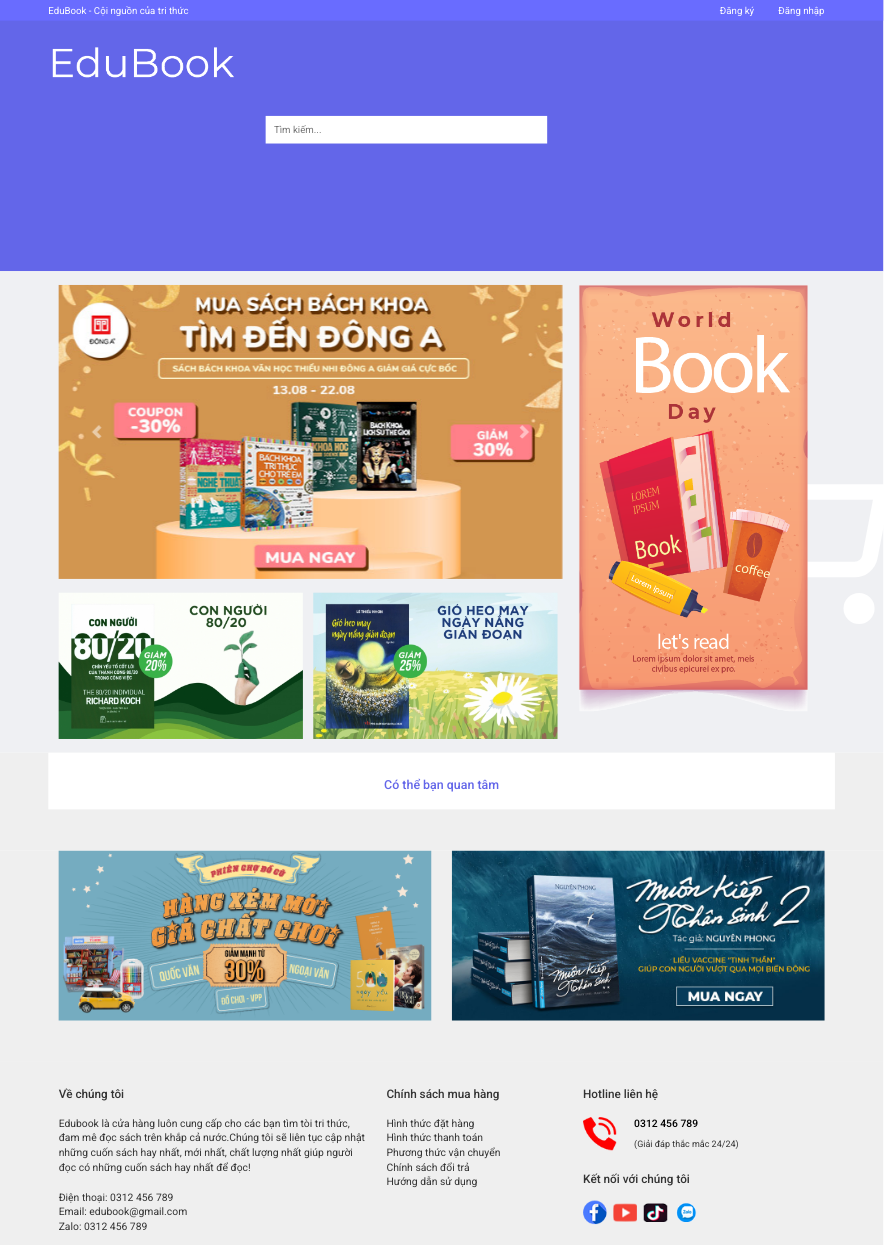
Repository: ThieuDV091002/BookShop
Page: http://localhost/index
The author's editor kept a copy of each file at every save. The page is drawn from the files as they stood at one save, then again after the next save.
The browser window is 1280 px wide. The page is 1290 px wide, then 1280 px, so the pictures cover 1290 px, including what lies to the right of the window. The pictures show the whole page, at 69% of full size.
Some web fonts or font styles are not loaded; a fallback is used. The page is this project's Thymeleaf template; nobody is signed in. The template is opened directly, without the code that normally fills it, so the values that code supplies are empty.

Above is the page before, as saved 2023-07-19 07:00:49.
Console error: TypeError: Cannot read properties of null (reading 'style')

### EduBookProject/EduBookWebparent/EduBookFrontEnd/src/main/resources/templates/index.html
<!DOCTYPE html>
<html xmlns:th="www.thymeleaf.org"
	xmlns:sec="https://www.thymeleaf.org/thymeleaf-extras-springsecurity5">
<head>
<meta charset="UTF-8">
<meta name="viewport" content="width=device-width, initial-scale=1.0">
<title>Trang chủ - EduBook</title>
<script th:src="@{js/jquery-3.3.1.js}"></script>
<script th:src="@{js/bootstrap.min.js}"></script>
<script
	th:src="@{https://ajax.googleapis.com/ajax/libs/jquery/3.5.1/jquery.min.js}"></script>
<link th:href="@{/rating-star/css/star-rating.css}" media="all"
	rel="stylesheet" type="text/css" />
<script th:src="@{/rating-star/js/star-rating.js}"
	type="text/javascript"></script>
<link th:href="@{/rating-star/themes/krajee-svg/theme.css}" media="all"
	rel="stylesheet" type="text/css" />
<script th:src="@{/rating-star/themes/krajee-svg/theme.js}"></script>
<link rel="stylesheet" th:href="@{css/bootstrap.min.css}">
<link rel="stylesheet"
	th:href="@{https://maxcdn.bootstrapcdn.com/bootstrap/3.4.1/css/bootstrap.min.css}">

<link
	th:href="@{https://fonts.googleapis.com/css2?family=Roboto:ital,wght@0,300;0,400;0,500;0,700;1,300;1,400;1,500&display=swap}"
	rel="stylesheet">
<link rel="stylesheet" th:href="@{css/all.min.css}">
<link rel="stylesheet" th:href="@{/fontawesome/all.min.css}">
<link
	th:href="@{https://fonts.googleapis.com/css2?family=Paytone+One&display=swap}"
	rel="stylesheet">
<link rel="stylesheet" th:href="@{css/style.css}">
<link rel="stylesheet" th:href="@{css/home.css}">
</head>
<body>
	<div class="app">
		<header id="header">
			<div class="header__top">
				<div class="container">
					<section class="row flex">
						<div class="col-lg-5 col-md-0 col-sm-0 heade__top-left">
							<span>EduBook - Cội nguồn của tri thức</span>
						</div>

						<nav class="col-lg-7 col-md-0 col-sm-0 header__top-right">
							<ul class="header__top-list" sec:authorize="!isAuthenticated()">
								<li class="header__top-item"><a th:href="@{/register}"
									class="header__top-link">Đăng ký</a></li>
								<li class="header__top-item"><a th:href="@{/login}"
									class="header__top-link">Đăng nhập</a></li>
							</ul>
							<ul class="header__top-list" sec:authorize="isAuthenticated()">
								<li class="header__top-item"><a th:href="@{/customer-update}"
									class="header__top-link" sec:authentication="principal.hoten"></a></li>
							</ul>
						</nav>
					</section>
				</div>
			</div>


			<div class="header__bottom">
				<div class="container">
					<section class="row">
						<div class="col-lg-3 col-md-4 col-sm-12 header__logo">
							<h1 class="header__heading">
								<a href="#" class="header__logo-link"> <img
									th:src="@{image/logo1.png}" alt="Logo" class="header__logo-img">
								</a>
							</h1>
						</div>

						<div class="col-lg-6 col-md-7 col-sm-0 header__search text-center"
							style="display: flex; justify-content: center; align-items: center;">
							<form class="col-lg-12 col-md-7 col-sm-0 header__search"
								th:action="@{/search}" method="get" id="myForm">
								<input type="search" name="keyword" class="header__search-input"
									th:value="${keyword}" placeholder="Tìm kiếm...">
							</form>
						</div>

						<a href="cart.html"
							class="col-lg-1 col-md-1 col-sm-0 header__cart">
							<div class="header__cart-icon-wrap">
								<a th:href="@{/cart}"> <span class="header__notice">0</span>
									<svg xmlns="http://www.w3.org/2000/svg" width="24" height="24" viewBox="0 0 24 24" fill="none" style="color: white; padding-top: 20px; width: 500%; height: 500%"
									stroke="currentColor" stroke-width="2" stroke-linecap="round" stroke-linejoin="round"
									class="feather feather-shopping-cart"><circle cx="9" cy="21" r="1"></circle>
									<circle cx="20" cy="21" r="1"></circle><path d="M1 1h4l2.68 13.39a2 2 0 0 0 2 1.61h9.72a2 2 0 0 0 2-1.61L23 6H6"></path></svg>
								</a>
							</div>
						</a>
					</section>
				</div>
			</div>

			<div class="header__nav">
				<div class="container">
					<section class="row">
						<th:block sec:authorize="isAuthenticated()">
							<div class="header__nav col-lg-9 col-md-0 col-sm-0">
								<ul class="header__nav-list">
									<li class="header__nav-item"><a th:href="@{/customer-update}"
										class="header__nav-link">Thông tin tài khoản</a></li>
									<li class="header__nav-item"><a th:href="@{/order}"
										class="header__nav-link">Đơn hàng</a></li>
									<li class="header__nav-item"><a th:href="@{/address}"
										class="header__nav-link">Địa chỉ</a></li></li>
									<li class="header__nav-item"><a th:href="@{/review}"
										class="header__nav-link">Đánh giá</a></li></li>
									<li class="header__nav-item"><a th:href="@{/request}"
										class="header__nav-link">Khiếu nại</a></li>
									<li class="header__nav-item"><a id="logoutLink" href=""
										class="header__nav-link">Đăng xuất</a></li>

								</ul>
							</div>
						</th:block>
					</section>
				</div>
			</div>
		</header>

		<section class="menu-slide text-center">
			<div class="container">
				<th:block sec:authorize="isAuthenticated()">
					<form th:action="@{/logout}" method="post" th:hidden="true"
						name="LogoutForm">
						<input type="submit">
					</form>
				</th:block>
				<div class="row">
					<div class="slider col-lg-12 col-md-12 col-sm-0">
						<div class="row">
							<div class="slide__left col-lg-8 col-md-0 col-sm-0">
								<div id="carouselExampleIndicators" class="carousel slide"
									data-ride="carousel" data-interval="3000">
									<div class="carousel-inner">
										<div class="carousel-item active">
											<img th:src="@{image/363488_final1511.jpg}"
												class="d-block w-100" alt="...">
										</div>
										<div class="carousel-item">
											<img th:src="@{image/Gold_DongA_600X350.jpg}"
												class="d-block w-100" alt="...">
										</div>
										<div class="carousel-item">
											<img th:src="@{image/megabook-glod600X350.png}"
												class="d-block w-100" alt="...">
										</div>
									</div>
									<a class="carousel-control-prev"
										href="#carouselExampleIndicators" role="button"
										data-slide="prev"> <span
										class="carousel-control-prev-icon" aria-hidden="true"></span>
										<span class="sr-only">Previous</span>
									</a> <a class="carousel-control-next"
										href="#carouselExampleIndicators" role="button"
										data-slide="next"> <span
										class="carousel-control-next-icon" aria-hidden="true"></span>
										<span class="sr-only">Next</span>
									</a>
								</div>
								<div class="slide__left-bottom">
									<div class="slide__left-botom-one">
										<img th:src="@{image/363107_05.jpg}"
											class="slide__left-bottom-one-img">
									</div>
									<div class="slide__left-bottom-two">
										<img th:src="@{image/363104_06.jpg}"
											class="slide__left-bottom-tow-img">
									</div>
								</div>
							</div>

							<div class="slide__right col-lg-4 col-md-0 col-sm-0">
								<img th:src="@{image/slider-right.png}" class="slide__right-img">
							</div>
						</div>
					</div>
				</div>
			</div>
		</section>

		<section class="product__love">
			<div class="container">
				<div class="row bg-white">
					<div class="col-lg-12 col-md-12 col-sm-12 product__love-title">
						<h2 class="product__love-heading" style="text-align: center;">
							Có thể bạn quan tâm</h2>
					</div>
				</div>
				<div class="row bg-white">
					<div class="product__panel-item col-lg-2 col-md-3 col-sm-6"
						th:each="book : ${listBooks}" th:object="${book}">
						<div class="product__panel-img-wrap">
							<img th:if="${book.hinhanh == null}"
								th:src="@{/image/id467907-125.png}"
								style="width: 90%; height: 90%" class="product__panel-img">
							<img th:if="${book.hinhanh != null}"
								th:src="@{${book.bookPhotoPath}}" class="product__panel-img">
						</div>
						<h3 class="product__panel-heading">
							<a th:href="@{'/book-detail-' + ${book.IDsach}}"
								class="product__panel-link">[[${book.tensach}]]</a>
						</h3>

						<div class="product__panel-rate-wrap">
							<input type="text" class="book-detail-rating-star" dir="ltr"
								data-size="sm" th:value="${book.averageRating}">
						</div>

						<div class="product__panel-price">
							<span class="product__panel-price-current">
								[[${book.dongia}]] đ </span>
						</div>
					</div>
				</div>
			</div>
		</section>

		<section class="product__love">
			<div class="container">
				<div class="row bestselling__banner">
					<div class="bestselling__banner-left col-lg-6">
						<img th:src="@{image/920x420_phienchodocu.png}"
							alt="Banner quảng cáo" class="bestselling__banner-left-img">
					</div>
					<div class="bestselling__banner-right col-lg-6">
						<img th:src="@{image/muonkiepnhansinh_resize_920x420.jpg}"
							alt="Banner quảng cáo" class="bestselling__banner-right-img">
					</div>
				</div>
			</div>
		</section>

		<footer>
			<section class="footer__top">
				<div class="container">
					<div class="row">
						<article class="footer__top-intro col-lg-5 col-md-4 col-sm-6">
							<h4 class="footer__top-intro-heading">Về chúng tôi</h4>
							<div class="footer__top-intro-content">
								Edubook là cửa hàng luôn cung cấp cho các bạn tìm tòi tri thức,
								đam mê đọc sách trên khắp cả nước.Chúng tôi sẽ liên tục cập nhật
								những cuốn sách hay nhất, mới nhất, chất lượng nhất giúp người
								đọc có những cuốn sách hay nhất để đọc! <br> <br> Điện
								thoại: 0312 456 789 <br> Email: edubook@gmail.com <br>
								Zalo: 0312 456 789 <br>
							</div>
						</article>

						<article class="footer__top-policy col-lg-3 col-md-4 col-sm-6">
							<h4 class="footer__top-policy-heading">Chính sách mua hàng</h4>

							<ul class="footer__top-policy-list">
								<li class="footer__top-policy-item"><a href="#"
									class="footer__top-policy-link">Hình thức đặt hàng</a></li>
								<li class="footer__top-policy-item"><a href="#"
									class="footer__top-policy-link">Hình thức thanh toán</a></li>
								<li class="footer__top-policy-item"><a href="#"
									class="footer__top-policy-link">Phương thức vận chuyển</a></li>
								<li class="footer__top-policy-item"><a href="#"
									class="footer__top-policy-link">Chính sách đổi trả</a></li>
								<li class="footer__top-policy-item"><a href="#"
									class="footer__top-policy-link">Hướng dẫn sử dụng</a></li>
							</ul>
						</article>

						<article
							class="footer__top-contact-wrap col-lg-4 col-md-4 col-sm-6">
							<h4 class="footer__top-contact-heading">Hotline liên hệ</h4>

							<div class="footer__top-contact">
								<div class="footer__top-contact-icon">
									<img th:src="@{image/phone_top.png}"
										class="footer__top-contact-img">
								</div>

								<div class="footer__top-contact-phone-wrap">
									<div class="footer__top-contact-phone">0312 456 789</div>
									<div class="footer__top-contact-des">(Giải đáp thắc mắc
										24/24)</div>
								</div>
							</div>

							<h4 class="footer__top-contact-heading">Kết nối với chúng
								tôi</h4>

							<div class="footer__top-contact-social">
								<a href="#" class="footer__top-contact-social-link"> <img
									th:src="@{image/facebook.png}">
								</a> <a href="#" class="footer__top-contact-social-link"> <img
									th:src="@{image/youtube.png}">
								</a> <a href="#" class="footer__top-contact-social-link"> <img
									th:src="@{image/tiktok.png}">
								</a> <a href="#" class="footer__top-contact-social-link"> <img
									th:src="@{image/zalo.png}">
								</a>
							</div>
						</article>
					</div>
				</div>
			</section>
		</footer>
	</div>
	<script th:src="@{js/jq.js}"></script>
	<script th:src="@{js/index.js}"></script>
	<script type="text/javascript">
	    $(document).ready(function() {
	        $("#logoutLink").on("click", function(e) {
	            e.preventDefault();
	            $("form[name='LogoutForm']").submit();
	        });

	        $('#myForm input[type="search"]').keypress(function (event) {
					if (event.which === 13) {
						event.preventDefault();
						$('#myForm').submit();
					}
				});
	    });
	</script>
	<script type="text/javascript">
		$(".book-detail-rating-star").rating({
	  		displayOnly: true,
	  		hoverOnClera: false,
	  		showCaption: false,
	  		theme: 'krajee-svg'
	  	})
	</script>
</body>
</html>

### EduBookProject/EduBookWebparent/EduBookFrontEnd/src/main/resources/static/rating-star/css/star-rating.css
/*!
 * bootstrap-star-rating v4.1.3
 * http://plugins.krajee.com/star-rating
 *
 * Author: Kartik Visweswaran
 * Copyright: 2013 - 2021, Kartik Visweswaran, Krajee.com
 *
 * Licensed under the BSD 3-Clause
 * https://github.com/kartik-v/bootstrap-star-rating/blob/master/LICENSE.md
 */
.rating-loading {
    width: 25px;
    height: 25px;
    font-size: 0;
    color: #fff;
    background: transparent url('../img/loading.gif') top left no-repeat;
    border: none;
}

/*
 * Stars & Input
 */
.rating-container .rating-stars {
    position: relative;
    cursor: pointer;
    vertical-align: middle;
    display: inline-block;
    overflow: hidden;
    white-space: nowrap;
}

.rating-container .rating-stars:focus {
    outline: 1px dotted;
}

.rating-input {
    position: absolute;
    cursor: pointer;
    width: 100%;
    height: 1px;
    bottom: 0;
    left: 0;
    font-size: 1px;
    opacity: 0;
    padding: 0;
    margin: 0;
    outline: none;
    pointer-events: none;
    border: none;
    box-shadow: none;
    background: none;
}

.rating-container.is-display-only .rating-stars {
    cursor: default;
}

.rating-disabled .rating-stars {
    cursor: not-allowed;
}

.rating-container .star {
    display: inline-block;
    margin: 0 2px;
    text-align: center;
}

.rating-container .empty-stars {
    color: #aaa;
}

.rating-container .filled-stars {
    position: absolute;
    left: 0;
    top: 0;
    margin: auto;
    color: #fde16d;
    white-space: nowrap;
    overflow: hidden;
    -webkit-text-stroke: 1px #777;
    text-shadow: 1px 1px #999;
}

.rating-rtl {
    float: right;
}

.rating-animate .filled-stars {
    transition: width 0.25s ease;
}

.rating-rtl .filled-stars {
    left: auto;
    right: 0;
    transition: none;
    -webkit-transform: matrix(-1, 0, 0, 1, 0, 0);
    transform: matrix(-1, 0, 0, 1, 0, 0);
}

.rating-rtl.is-star .filled-stars {
    right: 0.06em;
}

.rating-rtl.is-heart .empty-stars {
    margin-right: 0.07em;
}

/**
 * Clear
 */
.rating-container .clear-rating {
    color: #aaa;
    cursor: not-allowed;
    display: inline-block;
    vertical-align: middle;
    font-size: 60%;
}

.clear-rating-active {
    cursor: pointer !important;
}

.clear-rating-active:hover {
    color: #843534;
}

.rating-container .clear-rating {
    padding-right: 5px;
}

/**
 * Caption
 */

/* extend support to BS4 */
.rating-container .caption .label {
    display: inline-block;
    padding: .25em .4em;
    line-height: 1;
    text-align: center;
    vertical-align: baseline;
    border-radius: .25rem;
}

.rating-container .caption {
    color: #999;
    display: inline-block;
    vertical-align: middle;
    line-height: 1;
}

.rating-container .caption {
    margin-left: 5px;
    margin-right: 0;
}

.rating-rtl .caption {
    margin-right: 5px;
    margin-left: 0;
}

/**
 * Print
 */
@media print {
    .rating-container .clear-rating {
        display: none;
    }
}

/**
 * Sizes
 */
.rating-xl {
    font-size: 48px;
}
.rating-lg {
    font-size: 40px;
}
.rating-md {
    font-size: 32px;
}
.rating-sm {
    font-size: 24px;
}
.rating-xs {
    font-size: 16px;
}

.rating-xl .caption {
    font-size: 20px;
}

.rating-lg .caption {
    font-size: 18px;
}

.rating-md .caption {
    font-size: 16px;
}

.rating-sm .caption {
    font-size: 14px;
}

.rating-xs .caption {
    font-size: 12px;
}

/**
 * Caption
 */
.caption-badge {
    font-family: Arial, Helvetica, sans-serif;
    display: inline-block;
    padding: .35em .65em;
    font-size: .75em;
    font-weight: 700;
    line-height: 1;
    color: #fff;
    text-align: center;
    white-space: nowrap;
    vertical-align: baseline;
    border-radius: .25rem;
}

.caption-secondary {
    background-color: #6c757d;
}

.caption-danger {
    background-color: #dc3545;
}

.caption-warning {
    background-color: #ffc107;
    color: #212529;
}

.caption-info {
    background-color: #0dcaf0;
    color: #212529;
}

.caption-primary {
    background-color: #0d6efd;
}

.caption-success {
    background-color: #198754;
}

### EduBookProject/EduBookWebparent/EduBookFrontEnd/src/main/resources/static/rating-star/themes/krajee-svg/theme.css
/*!
 * Krajee SVG Theme styling for bootstrap-star-rating.
 * This file must be loaded after 'star-rating.css'.
 *
 * bootstrap-star-rating v4.1.3
 * http://plugins.krajee.com/star-rating
 *
 * Author: Kartik Visweswaran
 * Copyright: 2013 - 2021, Kartik Visweswaran, Krajee.com
 *
 * Licensed under the BSD 3-Clause
 * https://github.com/kartik-v/bootstrap-star-rating/blob/master/LICENSE.md
 */
.theme-krajee-svg .krajee-icon,
.theme-krajee-svg .krajee-icon-clear {
    display: inline-block;
    width: 2rem;
    height: 2rem;
    -webkit-background-size: cover;
    -moz-background-size: cover;
    -o-background-size: cover;
    background-size: cover;
}

.theme-krajee-svg .clear-rating,
.theme-krajee-svg .rating-stars {
    font-size: 5px;
}

.theme-krajee-svg .krajee-icon-clear {
    background-image: url('data:[embedded picture, 747 characters]');
}

.theme-krajee-svg .filled-stars .krajee-icon-star {
    background-image: url('data:[embedded picture, 447 characters]');
}

.theme-krajee-svg.rating-xl .krajee-icon,
.theme-krajee-svg.rating-xl .krajee-icon-clear {
    width: 3rem;
    height: 3rem;
}

.theme-krajee-svg.rating-lg .krajee-icon,
.theme-krajee-svg.rating-lg .krajee-icon-clear {
    width: 2.5rem;
    height: 2.5rem;
}

.theme-krajee-svg.rating-md .krajee-icon,
.theme-krajee-svg.rating-md .krajee-icon-clear {
    width: 2rem;
    height: 2rem;
}

.theme-krajee-svg.rating-sm .krajee-icon,
.theme-krajee-svg.rating-sm .krajee-icon-clear {
    width: 1.5rem;
    height: 1.5rem;
}

.theme-krajee-svg.rating-xs .krajee-icon,
.theme-krajee-svg.rating-xs .krajee-icon-clear {
    width: 1rem;
    height: 1rem;
}

.theme-krajee-svg .krajee-icon-clear:hover {
    background-image: url('data:[embedded picture, 753 characters]');
}

.theme-krajee-svg .empty-stars .krajee-icon-star {
    background-image: url('data:[embedded picture, 447 characters]');
}

.theme-krajee-svg .filled-stars .krajee-icon-heart {
    background-image: url('data:[embedded picture, 621 characters]');
}

.theme-krajee-svg .empty-stars .krajee-icon-heart {
    background-image: url('data:[embedded picture, 621 characters]');
}

.theme-krajee-svg.rating-rtl.is-heart .filled-stars {
    right: 0.02em;
}

.theme-krajee-svg.rating-rtl.is-heart .empty-stars {
    margin-right: 0.01em;
}

Loaded but not shown: EduBookProject/EduBookWebparent/EduBookFrontEnd/src/main/resources/static/js/jquery-3.3.1.js (library); EduBookProject/EduBookWebparent/EduBookFrontEnd/src/main/resources/static/js/bootstrap.min.js (library); EduBookProject/EduBookWebparent/EduBookFrontEnd/src/main/resources/static/css/bootstrap.min.css (library); EduBookProject/EduBookWebparent/EduBookFrontEnd/src/main/resources/static/css/all.min.css (library); EduBookProject/EduBookWebparent/EduBookFrontEnd/src/main/resources/static/fontawesome/all.min.css (library); EduBookProject/EduBookWebparent/EduBookFrontEnd/src/main/resources/static/rating-star/js/star-rating.js (708 lines, source omitted); EduBookProject/EduBookWebparent/EduBookFrontEnd/src/main/resources/static/js/jq.js (51 lines, source omitted); EduBookProject/EduBookWebparent/EduBookFrontEnd/src/main/resources/static/rating-star/themes/krajee-svg/theme.js (30 lines, source omitted); EduBookProject/EduBookWebparent/EduBookFrontEnd/src/main/resources/static/js/index.js (26 lines, source omitted); EduBookProject/EduBookWebparent/EduBookFrontEnd/src/main/resources/static/css/home.css (832 lines, source omitted); EduBookProject/EduBookWebparent/EduBookFrontEnd/src/main/resources/static/css/style.css (462 lines, source omitted)

After the next save:
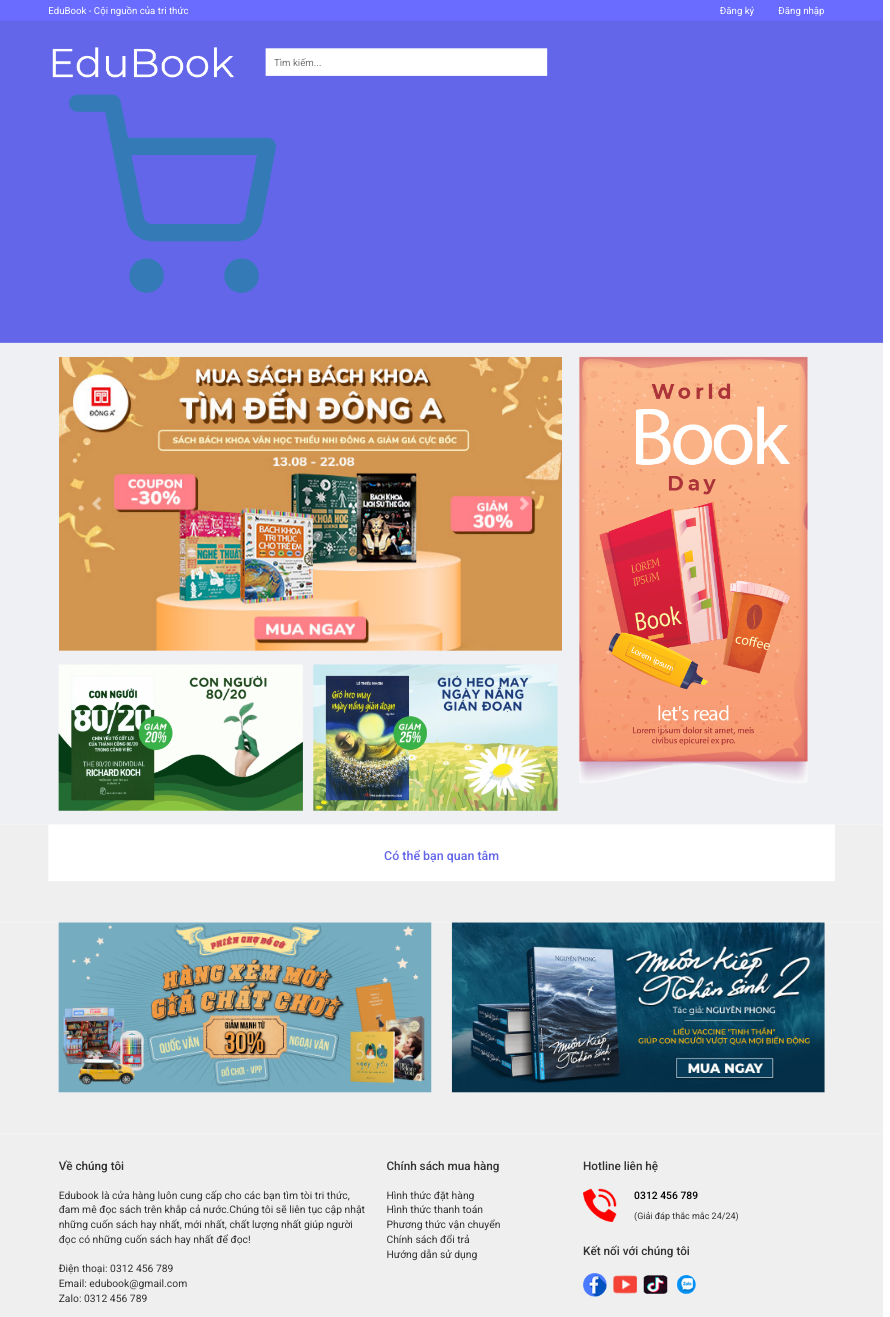
Saved 3 min 55 s later.
--- a/EduBookProject/EduBookWebparent/EduBookFrontEnd/src/main/resources/templates/index.html
+++ b/EduBookProject/EduBookWebparent/EduBookFrontEnd/src/main/resources/templates/index.html
@@ -82,10 +82,11 @@
 							class="col-lg-1 col-md-1 col-sm-0 header__cart">
 							<div class="header__cart-icon-wrap">
 								<a th:href="@{/cart}"> <span class="header__notice">0</span>
-									<svg xmlns="http://www.w3.org/2000/svg" width="24" height="24" viewBox="0 0 24 24" fill="none" style="color: white; padding-top: 20px; width: 500%; height: 500%"
-									stroke="currentColor" stroke-width="2" stroke-linecap="round" stroke-linejoin="round"
-									class="feather feather-shopping-cart"><circle cx="9" cy="21" r="1"></circle>
-									<circle cx="20" cy="21" r="1"></circle><path d="M1 1h4l2.68 13.39a2 2 0 0 0 2 1.61h9.72a2 2 0 0 0 2-1.61L23 6H6"></path></svg>
+									<svg xmlns="http://www.w3.org/2000/svg" width="300" height="300"
+									viewBox="0 0 24 24" fill="none" stroke="currentColor" stroke-width="2"
+									stroke-linecap="round" stroke-linejoin="round" class="feather feather-shopping-cart" id="IconChangeColor">
+									<circle cx="9" cy="21" r="1"></circle><circle cx="20" cy="21" r="1"></circle>
+									<path d="M1 1h4l2.68 13.39a2 2 0 0 0 2 1.61h9.72a2 2 0 0 0 2-1.61L23 6H6" id="mainIconPathAttribute"></path></svg>
 								</a>
 							</div>
 						</a>
